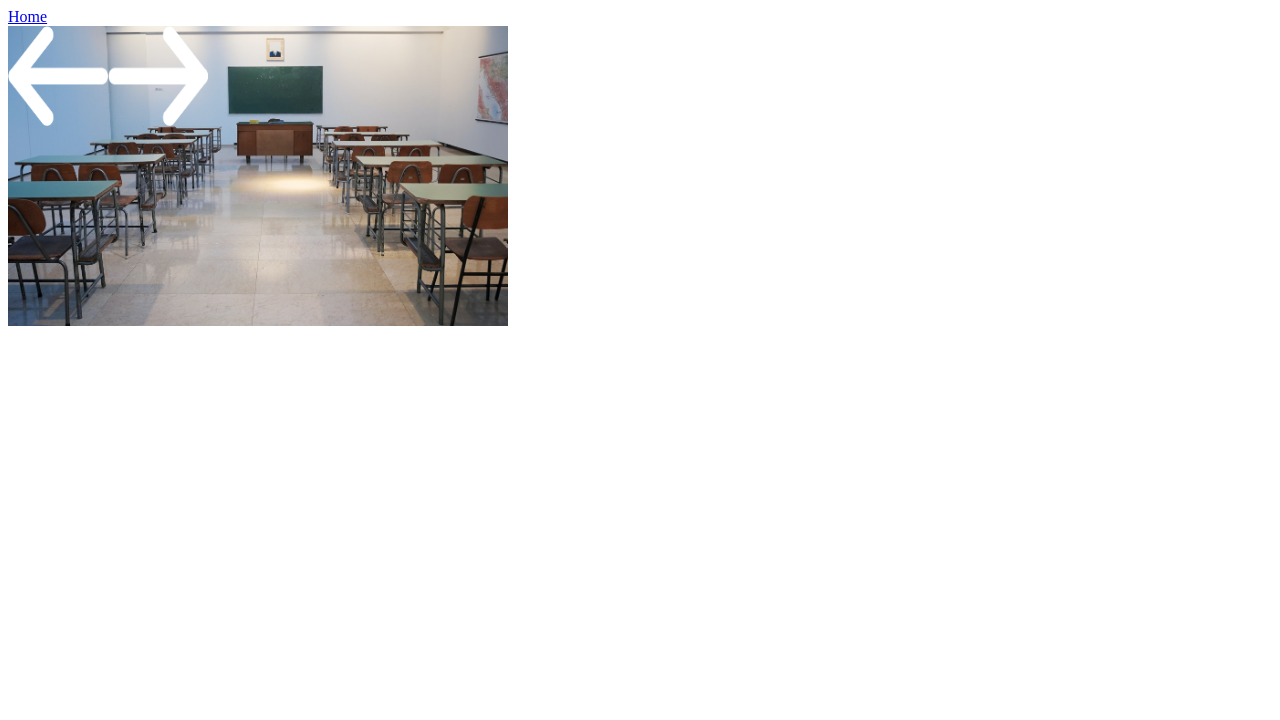
Repository: giovanabirck/class8
Page: /carouselPage
An editor plug-in stored every save of this project. The page is shown before and after a run of saves, followed by the edit.
The browser window is 1280 px wide. The pictures show the whole page.
The project was rebuilt for these pictures with package versions that can differ from the ones it lists, and the page was loaded fresh each time. The framework's server and built-in components were replaced by stand-ins that run in the browser. Also part of the build but not shown: next.config.js.

Above is the page before, as saved 2023-02-23 18:18:46.

### pages/carouselPage.js
import Carousel from "@/components/Carousel"
import Link from "next/link"

export default function carouselPage() {
    return (
        <>
            <main>

                <Link href="/">Home</Link>
                <Carousel/>

            </main>
        </>
    )
}

### styles/globals.css
:root {
  --blue: #95CDF9;
  --green: #C3E0CF;
  --orange: #EF8B66;
  --white: #f4f9fd;
  --black: #222222;
  }

### components/Carousel/index.js
import Image from "next/image"
import { useState } from "react";

export default function Carousel() {

    const [img, setImg] = useState(0);

    const changeImage = (change) => {
        if(change == "backward") {
            setImg(img - 1);
            if(img == 0) {
                setImg(5);
            }
            console.log(img);

        } else if(change == "forward") {
            setImg(img + 1);
            if(img == 5) {
                setImg(0)
            }
            console.log(img)
        }

    }

    return(
        <>
            <div style={{
                backgroundImage: "url(/carousel-images/" + img + ".jpg)",
                backgroundSize: "cover",
                backgroundRepeat: "no-repeat",
                width: 500,
                height: 300
            }}>

                <Image
                    src={"/icons/leftArrow.png"}
                    alt={"/icons/leftArrow.png"}
                    width={100}
                    height={100}
                    onClick={() => changeImage("backward")}
                />

                <Image
                    src={"/icons/rightArrow.png"}
                    alt={"/icons/rightArrow.png"}
                    width={100}
                    height={100}
                    onClick={() => changeImage("forward")}
                />

            </div>
        </>
    )
}

### styles/UseEffectOne.module.css
.main {
    display: flex;
    flex-direction: column;
    align-items: center;
    padding: 5rem;
    height: 100vh;
    font-family: Arial, Helvetica, sans-serif;
    color: var(--black);
    background-color: var(--orange);
  }

  .btn {
    font-weight: 900;
    font-size: 1.5rem;
    padding: 1rem 2rem;
    border-radius: 0.5rem;
    border-style: none;
    cursor: pointer;
  }

  .top_back {
    height: 25vh;
  }

  .content {
    display: flex;
    flex-direction: column;
    align-items: center;
    font-size: 2rem;
    font-weight: 800;
  }

  .content_title {
    padding: 2rem;
  }

Loaded but not shown: pages/_app.js (common file); pages/_document.js (common file)

After the next 2 saves:
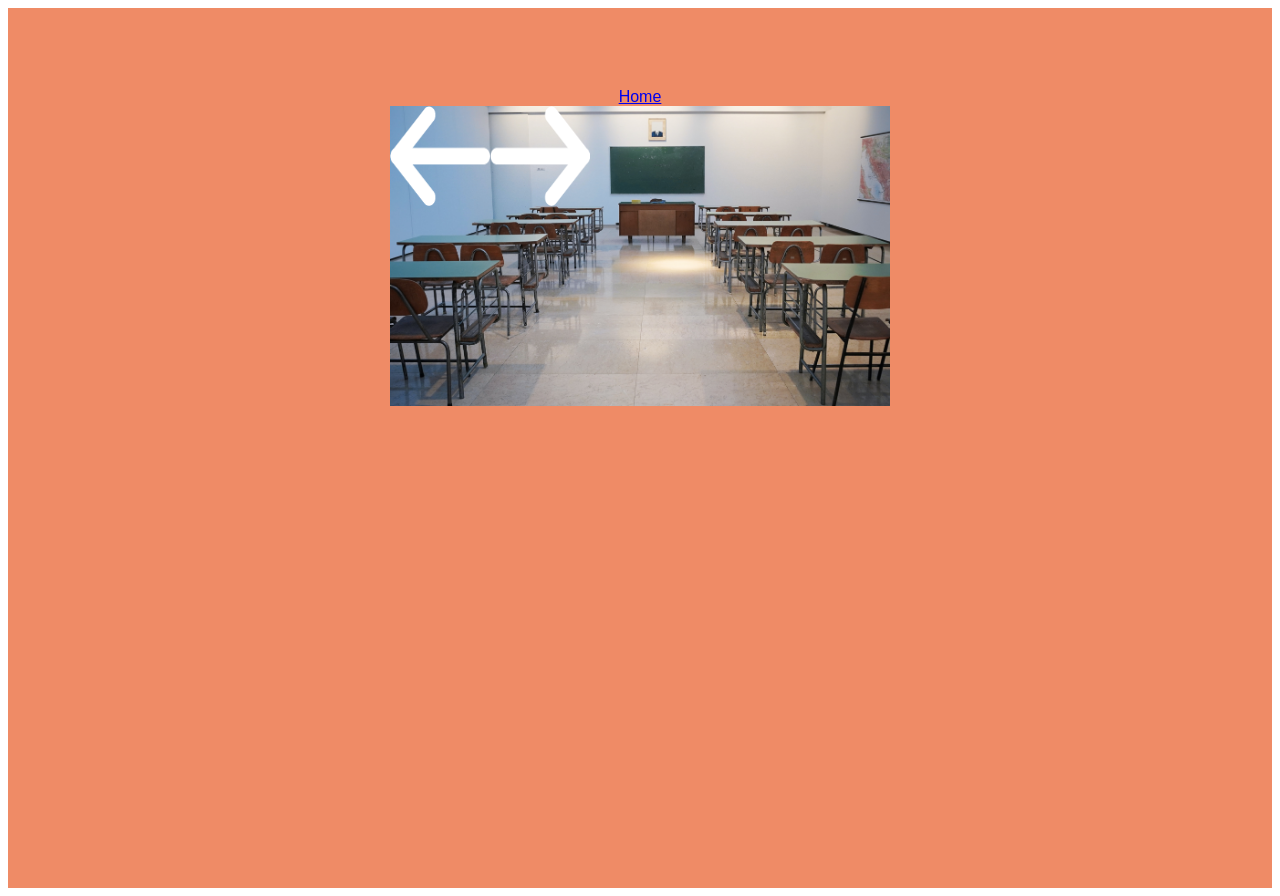
The 2 saves are shown as one change because 1 did not build or start.
The last was saved 26 s later.
--- a/pages/carouselPage.js
+++ b/pages/carouselPage.js
@@ -1,10 +1,12 @@
 import Carousel from "@/components/Carousel"
 import Link from "next/link"
+import styles from '@/styles/UseEffectOne.module.css'
+
 
 export default function carouselPage() {
     return (
         <>
-            <main>
+            <main className={styles.main}>
 
                 <Link href="/">Home</Link>
                 <Carousel/>
